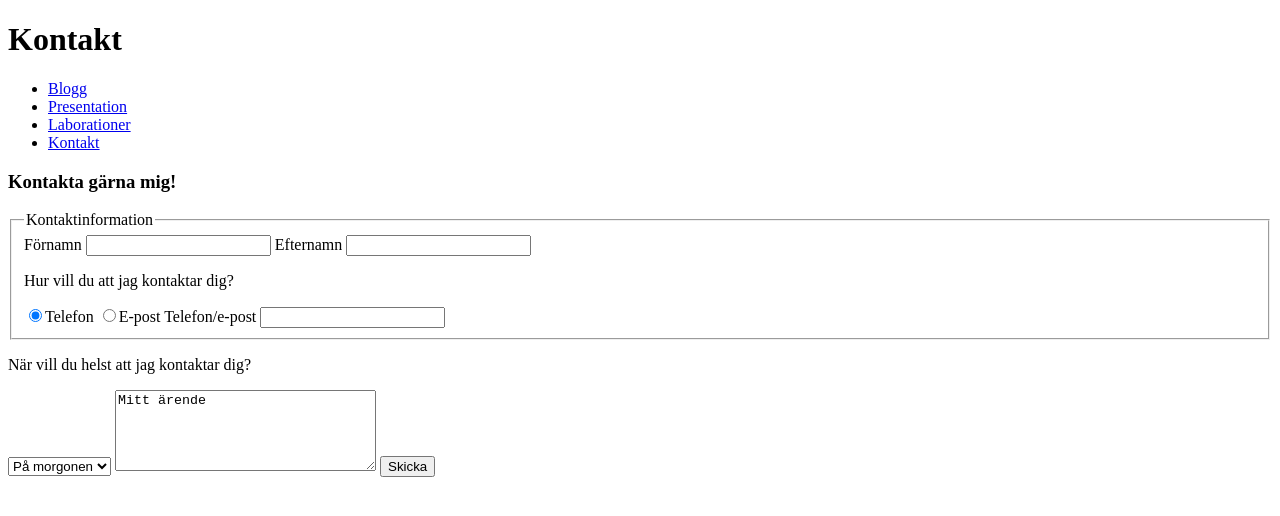
Repository: js223kz/1ik415-laborationer
Page: Pages/contact.html
The author's editor kept a record of every edit. The page is drawn from the files as they stood at one moment, then again after the next edit.
The browser window is 1280 px wide. The pictures show the whole page.

Above is the page before.

After the next edit:
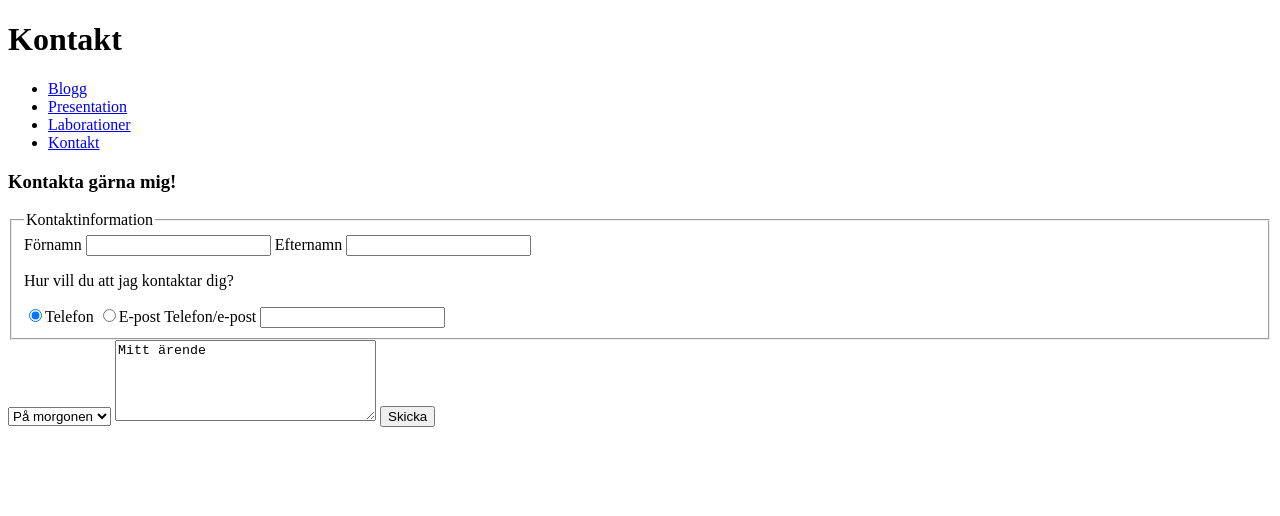
The edit:
--- a/Pages/contact.html
+++ b/Pages/contact.html
@@ -40,12 +40,11 @@
 
                     <label for="contactinfo">Telefon/e-post</label>
                     <input type="text" id="contactinfo" name="contactinfo"/>
-
                 </fieldset>
 
 
 
-                    <p>När vill du helst att jag kontaktar dig?</p>
+
                     <select name="when" id="when">
                         <option checked>På morgonen</option>
                         <option>Efter lunch</option>
